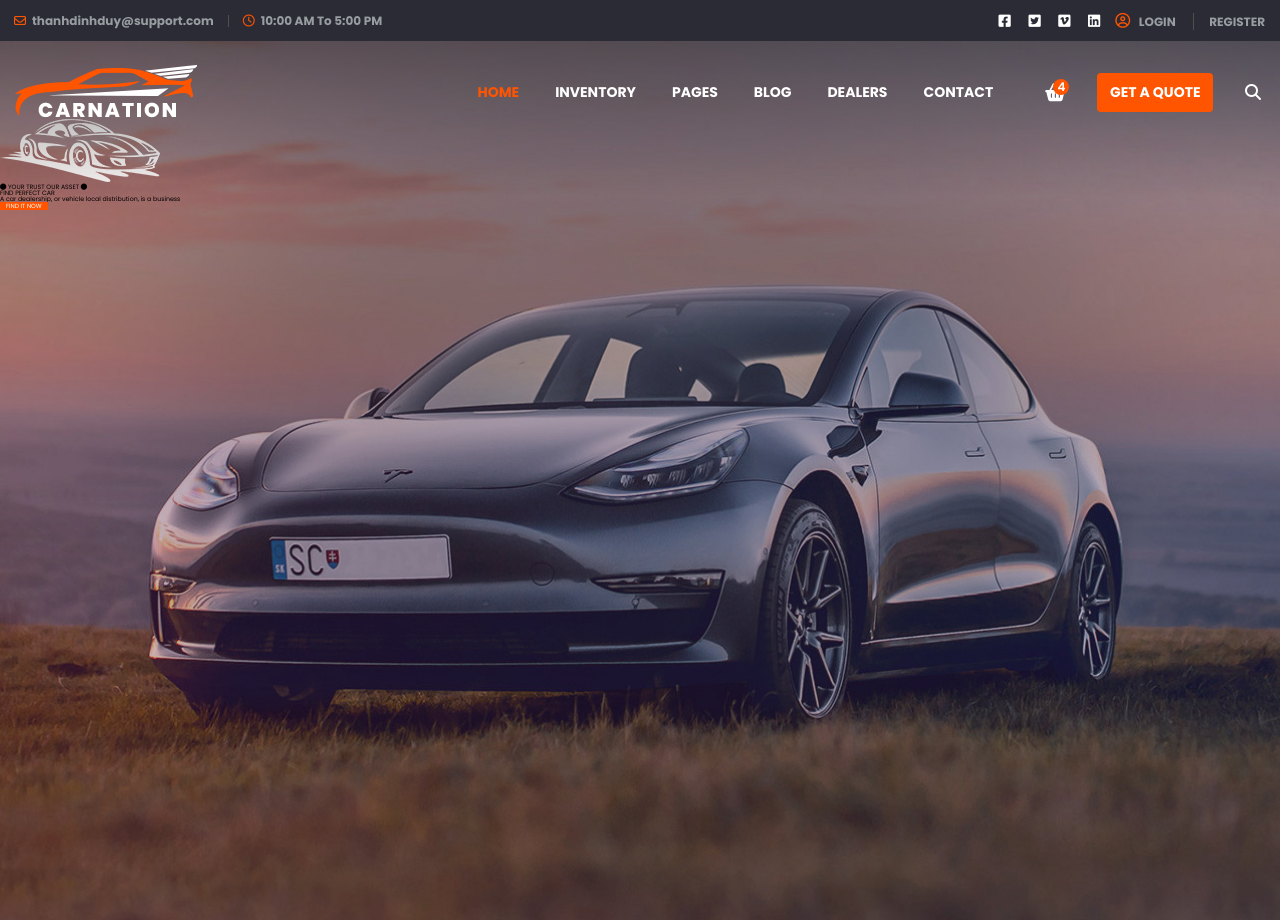
Repository: thanhdinh01/shopcar
Page: index.html
The author's editor kept a copy of each file at every save. The page is drawn from the files as they stood at one save, then again after the next save.
The browser window is 1280 px wide. The pictures show the whole page.
Some web libraries are served in a nearby version. The style sheet was rebuilt from its Sass, Less or Tailwind sources for each picture, by a compiler version that may differ from the author's.

Above is the page before, as saved 2022-08-10 21:45:13.

### index.html
<!DOCTYPE html>
<html lang="en">
  <head>
    <meta charset="UTF-8" />
    <meta http-equiv="X-UA-Compatible" content="IE=edge" />
    <meta name="viewport" content="width=device-width, initial-scale=1.0" />
    <title>Increase follower on social media</title>
    <link
      rel="stylesheet"
      href="https://cdnjs.cloudflare.com/ajax/libs/font-awesome/6.1.2/css/all.min.css"
      integrity="sha512-1sCRPdkRXhBV2PBLUdRb4tMg1w2YPf37qatUFeS7zlBy7jJI8Lf4VHwWfZZfpXtYSLy85pkm9GaYVYMfw5BC1A=="
      crossorigin="anonymous"
      referrerpolicy="no-referrer"
    />
    <link
      href="https://fonts.googleapis.com/css2?family=Poppins:wght@300;400;500;600;700&display=swap"
      rel="stylesheet"
    />
    <link rel="stylesheet" href="./css/reset.css" />
    <link rel="stylesheet" href="./css/style.css" />
  </head>

  <body>
    <div class="main">
      <!-- HEADER -->
      <header class="header">
        <div class="header-top">
          <div class="container">
            <div class="header-top-container dflex">
              <ul class="header-top-left">
                <li>
                  <i class="fa-regular fa-envelope"></i>
                  <p>thanhdinhduy@support.com</p>
                </li>
                <li>
                  <i class="fa-regular fa-clock"></i>
                  <p>10:00 AM To 5:00 PM</p>
                </li>
              </ul>
              <ul class="header-top-right">
                <li class="header-contact">
                  <a href="#"><i class="fa-brands fa-square-facebook"></i></a>
                  <a href="#"><i class="fa-brands fa-square-twitter"></i></a>
                  <a href="#"><i class="fa-brands fa-square-vimeo"></i></a>
                  <a href="#"><i class="fa-brands fa-linkedin"></i></a>
                </li>
                <li class="header-login">
                  <a href="#" class="login">
                    <i class="fa-regular fa-circle-user"></i> LOGIN
                  </a>
                  <a href="#" class="logup"> REGISTER </a>
                </li>
              </ul>
            </div>
          </div>
        </div>
        <div class="header-navigation">
          <div class="container p15 dflex">
            <div class="nav-logo">
              <a href="#" class="logo-link">
                <img src="./images/header/logo.png" alt="logo" />
              </a>
            </div>
            <div class="nav-total dflex">
              <ul class="nav-list dflex">
                <li class="nav-item active">
                  <a href="#">HOME</a>
                </li>
                <li class="nav-item">
                  <a href="#">INVENTORY </a>
                  <ul class="sub-list">
                    <li class="sub-item">
                      <a href="#">Inventory List</a>
                    </li>
                    <li class="sub-item">
                      <a href="#">Inventory Details</a>
                    </li>
                  </ul>
                </li>
                <li class="nav-item">
                  <a href="#">PAGES</a>
                  <ul class="sub-list">
                    <li class="sub-item">
                      <a href="#">About us</a>
                    </li>
                    <li class="sub-item">
                      <a href="#">Loan Calculator</a>
                    </li>
                    <li class="sub-item">
                      <a href="#">Login Page</a>
                    </li>
                  </ul>
                </li>
                <li class="nav-item">
                  <a href="#">BLOG</a>
                  <ul class="sub-list">
                    <li class="sub-item">
                      <a href="#">Our Blog</a>
                    </li>
                    <li class="sub-item">
                      <a href="#">Blog Details</a>
                    </li>
                  </ul>
                </li>
                <li class="nav-item">
                  <a href="#">DEALERS</a>
                </li>
                <li class="nav-item">
                  <a href="#">CONTACT</a>
                </li>
              </ul>
              <ul class="nav-interact dflex">
                <li class="cart">
                  <a href="#" class="cart-link">
                    <i class="fa-solid fa-basket-shopping"></i>
                  </a>
                  <div class="cart-quantity">4</div>
                  <div class="cart-wrap">
                    <div class="cart-top">
                      <div class="cart-item">
                        <a href="#" class="product-img">
                          <img
                            src="./images/latest-car/t_released_cars_thumb01.jpg"
                            alt=""
                          />
                        </a>
                        <div class="product-desc">
                          <a href="#" class="product-title"
                            >Mercedes-Benz GLE Coupe</a
                          >
                          <span class="product-price">$299</span>
                        </div>
                        <div class="delete-item">
                          <i class="fa-regular fa-trash-can"></i>
                        </div>
                      </div>
                      <div class="cart-item">
                        <a href="#" class="product-img">
                          <img
                            src="./images/latest-car/t_released_cars_thumb01.jpg"
                            alt=""
                          />
                        </a>
                        <div class="product-desc">
                          <a href="#" class="product-title">
                            Mercedes-Benz GLE Coupe
                          </a>
                          <span class="product-price">$299</span>
                        </div>
                        <div class="delete-item">
                          <i class="fa-regular fa-trash-can"></i>
                        </div>
                      </div>
                      <div class="cart-item">
                        <a href="#" class="product-img">
                          <img
                            src="./images/latest-car/t_released_cars_thumb01.jpg"
                            alt=""
                          />
                        </a>
                        <div class="product-desc">
                          <a href="#" class="product-title"
                            >Mercedes-Benz GLE Coupe Benz GLE Coupe</a
                          >
                          <span class="product-price">$299</span>
                        </div>
                        <div class="delete-item">
                          <i class="fa-regular fa-trash-can"></i>
                        </div>
                      </div>
                      <div class="cart-item">
                        <a href="#" class="product-img">
                          <img
                            src="./images/latest-car/t_released_cars_thumb01.jpg"
                            alt=""
                          />
                        </a>
                        <div class="product-desc">
                          <a href="#" class="product-title"
                            >Mercedes-Benz GLE Coupe</a
                          >
                          <span class="product-price">$299</span>
                        </div>
                        <div class="delete-item">
                          <i class="fa-regular fa-trash-can"></i>
                        </div>
                      </div>
                    </div>
                    <div class="cart-bottom">
                      <div class="cart-bottom-price">
                        <p>Total</p>
                        <span>$1000</span>
                      </div>
                      <div class="cart-bottom-buying">
                        <button class="button buy-now">SHOPPING CART</button>
                        <button class="button check-out">CHECK OUT</button>
                      </div>
                    </div>
                  </div>
                </li>
                <li class="quote">
                  <button class="button">GET A QUOTE</button>
                </li>
                <li class="search">
                  <i class="fa-solid fa-magnifying-glass"></i>
                </li>
              </ul>
            </div>
          </div>
        </div>
        <div class="header-main">
          <img src="./images/header/slider_content_icon.png" alt="" />
          <p class="mission">
            <i class="fa-solid fa-circle"></i>
            YOUR TRUST OUR ASSET
            <i class="fa-solid fa-circle"></i>
          </p>
          <h1 class="heading">FIND PERFECT CAR</h1>
          <p class="title">
            A car dealership, or vehicle local distribution, is a business
          </p>
          <button class="button">FIND IT NOW</button>
        </div>
        <div class="header-selection"></div>
      </header>
    </div>
  </body>
</html>

### css/style.scss
@import "reset";
@import "variables";
@import "global";
@import "header";

### css/_variables.scss
$primaryColor: #ff5400;
$blackColor: #000;
$whiteColor: #fff;
$textColor: #9c9c9c;

### css/_global.scss
body,
*,
html {
  font-family: "Poppins", sans-serif;
  font-size: 62.5%;
  box-sizing: border-box;
}

.container {
  max-width: 1440px;
  margin: 0 auto;
}

.dflex {
  display: flex;
  justify-content: space-between;
  align-items: center;
}

.button {
  outline: none;
  border: none;
  color: $whiteColor;
  background-color: $primaryColor;
  line-height: 1;
  cursor: pointer;
}

.p15 {
  padding: 0 15px;
}

### css/_header.scss
.header {
  background: url("../images/header/banner_bg02.jpg") center/ cover no-repeat;
  height: 920px;
  .header-top {
    max-width: 100%;
    height: 41px;
    background-color: #2b2b35;
    color: #979da0;
    font-size: 1.2rem;
    font-weight: 700;
    &-container,
    .container {
      height: 100%;
    }
    &-left {
      display: flex;
      li:first-child {
        border-right: 1px solid #4f4f4f;
      }
      li {
        display: flex;
        align-items: center;
        padding: 0 14px;
        i {
          color: $primaryColor;
          margin-right: 6px;
        }
      }
    }
    &-right {
      display: flex;
      align-items: center;
      .header-contact {
        a {
          color: $whiteColor;
          margin-left: 15px;
          font-size: 1.4rem;
          text-decoration: none;
          i {
            display: inline-block;
          }
          &:hover {
            color: $primaryColor;
          }
        }
      }
      .header-login {
        a {
          text-decoration: none;
          color: #979da0;
          padding: 0 15px;
          font-size: 12px;
          &:first-child {
            padding-right: 15px;
            border-right: 1px solid #4f4f4f;
            i {
              color: $primaryColor;
              margin-right: 6px;
              font-size: 1.5rem;
            }
          }
          &:hover {
            color: $primaryColor;
          }
        }
      }
    }
  }
  .header-navigation {
    padding-top: 24px;
    position: relative;
    &::after {
      content: "";
      position: absolute;
      left: 0;
      top: 0;
      width: 100%;
      height: 156px;
      background: linear-gradient(to bottom, #151515, transparent);
      opacity: 0.47;
    }
    .nav-logo,
    .nav-total {
      z-index: 1;
    }
    .nav-list {
      margin-right: 30px;
      .nav-item.active {
        a {
          color: $primaryColor;
        }
      }
      .nav-item {
        position: relative;
        a {
          padding: 20px 18px;
          display: inline-block;
          text-decoration: none;
          font-size: 14px;
          font-weight: 700;
          color: $whiteColor;
          &:hover {
            color: $primaryColor;
          }
        }
        &:hover .sub-list {
          opacity: 1;
          visibility: visible;
          transform: scale(1);
        }
        .sub-list {
          position: absolute;
          top: 100%;
          left: 0;
          width: 200px;
          padding: 15px 0;
          background-color: $whiteColor;
          box-shadow: 0px 30px 70px 0px rgb(137 139 142 / 15%);
          transform: scale(1, 0);
          transform-origin: 0 0;
          opacity: 0;
          visibility: hidden;
          transition: all 0.3s ease-in-out;
          .sub-item a {
            color: $blackColor;
            display: block;
            padding: 16px 18px;
            &:hover {
              color: $primaryColor;
            }
          }
        }
      }
    }
    .nav-interact {
      gap: 0 28px;
      .cart {
        position: relative;
        &::before {
          content: "";
          position: absolute;
          right: -50%;
          top: 90%;
          height: 40px;
          width: 90px;
          background: transparent;
        }
        &:hover .cart-wrap {
          opacity: 1;
          visibility: visible;
        }
        .cart-link {
          display: block;
          padding: 4px;
          i {
            font-size: 1.8rem;
            color: $whiteColor;
          }
        }
        &-quantity {
          background-color: $primaryColor;
          color: $whiteColor;
          border-radius: 50%;
          font-size: 1.2rem;
          font-weight: 600;
          width: 16px;
          height: 16px;
          display: flex;
          align-items: center;
          justify-content: center;
          position: absolute;
          right: 0;
          top: 0;
          pointer-events: none;
        }
        .cart-wrap {
          position: absolute;
          right: -80%;
          top: calc(100% + 20px);
          height: 450px;
          width: 350px;
          padding: 15px;
          display: flex;
          flex-direction: column;
          justify-content: space-between;
          background-color: $whiteColor;
          border-radius: 4px;
          opacity: 0;
          visibility: hidden;
          transition: all 0.3s ease-in-out;
          z-index: 10;
          .cart-top {
            max-height: 45%;
            width: 100%;
            overflow: auto;
            flex-shrink: 0;
            .cart-item {
              display: flex;
              // align-items: center;
              gap: 0 20px;
              margin-bottom: 20px;
              .product-img {
                width: 100px;
                height: 90px;
                display: block;
                flex-shrink: 0;
                img {
                  width: 100%;
                  height: 100%;
                  object-fit: cover;
                  display: block;
                }
              }
              .product-desc {
                display: flex;
                flex-direction: column;
                margin: 4px 0;
                .product-title {
                  display: block;
                  font-size: 1.5rem;
                  font-weight: 700;
                  text-decoration: none;
                  color: $blackColor;
                  line-height: 1.4;
                  &:hover {
                    color: $primaryColor;
                  }
                }
                .product-price {
                  display: block;
                  color: #8b8b8b;
                  font-size: 1.4rem;
                  font-weight: 500;
                  margin-top: auto;
                }
              }
              .delete-item {
                display: flex;
                align-items: center;
              }
              i {
                font-size: 1.6rem;
                padding: 0 10px;
                cursor: pointer;
                &:hover {
                  color: $primaryColor;
                }
              }
            }
          }
          .cart-bottom {
            margin-top: 25px;
            flex: 1;
            border-top: 1px solid $textColor;
            display: flex;
            flex-direction: column;
            &-price {
              font-size: 1.4rem;
              font-weight: 500;
              color: #6a6a6a;
              display: flex;
              justify-content: space-between;
              margin: 25px 0;
            }
            &-buying {
              // display: flex;
              // flex-direction: column;
              margin-top: auto;
              .button {
                display: block;
                padding: 22px;
                width: 100%;
                margin: 8px 0;
                font-size: 1.3rem;
                font-weight: 500;
                letter-spacing: 2px;
              }
              .check-out {
                background-color: #222;
                &:hover {
                  opacity: 0.9;
                }
              }
              .buy-now:hover {
                opacity: 0.9;
              }
            }
          }
        }
      }
      .quote {
        button {
          color: $whiteColor;
          font-size: 1.4rem;
          font-weight: 700;
          padding: 12.5px;
          border-radius: 4px;
          min-width: 44px;
          cursor: pointer;
          transition: all 0.3s ease;
          &:hover {
            background-color: $blackColor;
          }
        }
      }
      .search {
        i {
          display: block;
          font-size: 1.6rem;
          padding: 4px;
          color: $whiteColor;
          cursor: pointer;
        }
      }
    }
  }
}

Loaded but not shown: css/reset.css (common file); css/_reset.scss (common file)

After the next save:
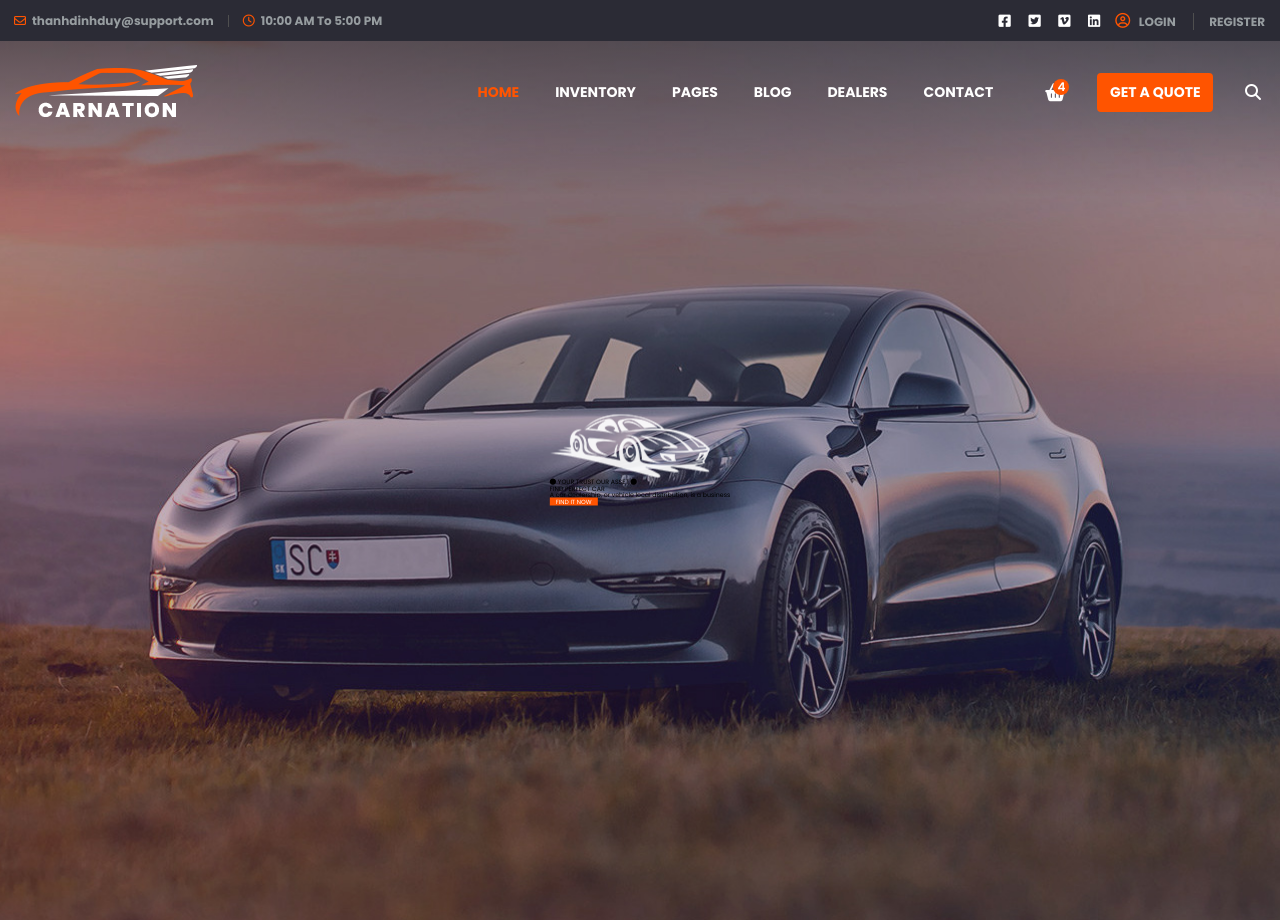
Saved 2 min 36 s later.
--- a/css/_header.scss
+++ b/css/_header.scss
@@ -1,4 +1,5 @@
 .header {
+  position: relative;
   background: url("../images/header/banner_bg02.jpg") center/ cover no-repeat;
   height: 920px;
   .header-top {
@@ -314,4 +315,10 @@
       }
     }
   }
+  .header-main {
+    position: absolute;
+    top: 50%;
+    left: 50%;
+    transform: translate(-50%, -50%);
+  }
 }
